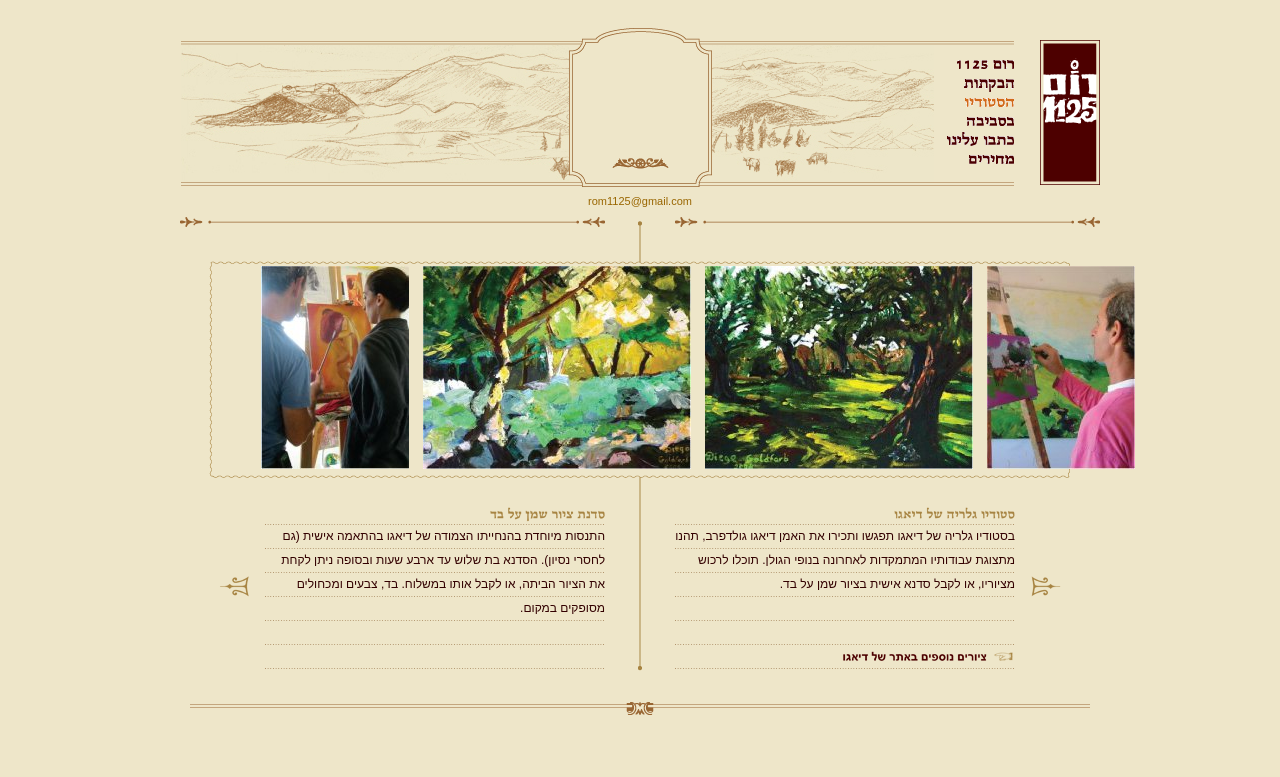
Repository: asafg/rom1125
Page: rom1125/WebContent/studio.html
An editor plug-in stored every save of this project. The page is shown before and after the next save, followed by the edit.
The browser window is 1280 px wide. The pictures show the whole page.

Above is the page before, as saved 2010-06-11 10:59:46.

### rom1125/WebContent/studio.html
<!DOCTYPE html PUBLIC "-//W3C//DTD XHTML 1.1//EN" "http://www.w3.org/TR/xhtml11/DTD/xhtml11.dtd">
<html xmlns="http://www.w3.org/1999/xhtml">

<head>
  <meta http-equiv="Content-Type" content="text/html; charset=utf-8"/>
  <title>רום 1125 - הסטודיו</title>
  <link rel="stylesheet" href="css/common.css" type="text/css" media="screen"/>
  <link rel="stylesheet" href="css/studio.css" type="text/css" media="screen"/>
  <script src="js/img_gal_cc_compressed.js" type="text/javascript"></script>
</head>
<body>
<div id="main">
<!-- header -->
<div id="header">
<img id="logo" src="images/logo.png"/>
<div id="header_without_logo"><!-- The part of the header left of the logo -->
<div id="header_top"><img src="images/header_top.png"/></div>
<div id="toolbar_buttons">
<a id="home_link" href="index.html"><img src="images/blank.gif"/></a>
<a id="huts_link" href="huts.html"><img src="images/blank.gif"/></a>
<img src="images/studio_hl.gif"/>
<a id="env_link" href="env.html"><img src="images/blank.gif"/></a>
<a id="media_link" href="media.html"><img src="images/blank.gif"/></a>
<a id="prices_link" href="prices.html"><img src="images/blank.gif"/></a>
</div><!-- toolbar_buttons -->
<div class="header_image"><img src="images/header_right.jpg"/></div>
<div class="header_image"><img src="images/header_middle.png"/></div>
<div class="header_image"><img src="images/header_left.jpg"/></div>
<div id="header_bottom"><img id="header_bottom_image" src="images/header_bottom.png"/></div>
</div><!-- header_without_logo-->
<div id="email_address_div">
<a href="mailto:rom1125@gmail.com" class="email_address">rom1125@gmail.com</a>
</div><!-- email_address_div -->
</div><!-- header -->
<!-- now for the separators -->
<div id="right_part">
<img src="images/top_horiz_sep.png" class="sep_image"/>
</div><!-- right -->
<div id="top_vert_sep">
<img src="images/top_ball.png" class="sep_image"/>
<div id="top_vert_bar"></div>
</div><!-- top_vert_sep -->
<div id="left_part">
<img src="images/top_horiz_sep.png" class="sep_image"/>
</div><!-- left -->
<div id="frame">
	<img class="first_photo" src="images/photos/studio1.jpg"/>
	<img src="images/photos/studio2.jpg"/>
	<img src="images/photos/studio3.jpg"/>
	<img src="images/photos/studio4.jpg"/>
</div><!-- frame -->
<div id="bottom_right_part">
<div id="right_studio_orn">
<img src="images/right_studio_orn.png"/>
</div><!-- right_studio_orn -->
<div id="right_page_text">
<img class="title" src="images/studio_title1.png"/><br/>
<div class="page_text">
בסטודיו גלריה של דיאגו תפגשו ותכירו את האמן דיאגו גולדפרב,
תהנו מתצוגת עבודותיו המתמקדות לאחרונה בנופי הגולן.
תוכלו לרכוש מציוריו, או לקבל סדנא אישית בציור שמן על בד.
<br/>
<br/>
<br/>
<div id="studio_ext_link">
<a href="http://www.yessy.com/DiegoGoldfarb/"><img class="left_arrow_small" src="images/blank.gif"/><img id="studio_link_image" src="images/blank.gif"/></a>
</div><!-- studio_link -->
</div><!-- page_text -->
</div><!-- right_page_text -->
</div><!-- bottom_right_part -->
<div id="bottom_vert_sep">
<div id="bottom_vert_bar"></div>
<img src="images/bottom_ball.png" class="sep_image"/>
</div><!-- bottom_vert_sep -->
<div id="bottom_left_part">
<div id="left_page_text">
<img class="title" src="images/studio_title2.png"/><br/>
<div class="page_text">
התנסות מיוחדת בהנחייתו הצמודה של דיאגו בהתאמה אישית
(גם לחסרי נסיון). הסדנא בת שלוש עד ארבע שעות ובסופה ניתן לקחת את
הציור הביתה, או לקבל אותו במשלוח. בד, צבעים ומכחולים מסופקים במקום.
<br/>
<br/>
<br/>
<br/>
</div><!--  page text -->
</div><!-- left_page_text -->
<div id="left_studio_orn">
<img src="images/left_studio_orn.png"/>
</div><!-- left_studio_orn -->
</div>
<div id="footer">
<img src="images/footer_sep.png" class="sep_image"/>
</div><!-- footer -->
</div><!-- main -->
</body>
</html>

### rom1125/WebContent/css/common.css
body
{
	background-color: #EEE6C9;
	margin: 0px;
	padding: 0px;
}

#main
{
	width: 1000px;
	height: 750px;
	direction: rtl;
	margin-left: auto;
   	margin-right: auto;
}

/* beginning of header definitions */

#header
{
	margin-top: 27px;
}

#logo
{
	width: 60px;
	margin-top: 13px;
	margin-right: 40px;
	float: right;
}

#header_without_logo
{
	margin-right: 26px;
	margin-top: 1px;
	padding: 0px;
	width: 834px;
	float: right;
}

#header_top
{
	margin: 0px;
	padding: 0px;
	height: 17px;
	float: right;
	display: block;
}

#header_bottom
{
	margin: 0px;
	padding: 0px;
	height: 5px;
	float: right;
	display: block;
}

#header_bottom_image
{
	margin: 0px;
	padding: 0px;
	vertical-align: top;
}

.header_image
{
	margin: 0px;
	padding: 0px;
	height: 137px;
	float: right;
	display: block;
}

#toolbar_buttons
{
	margin-top: 11px;
	margin-left: 13px;
	float: right;
}

#toolbar_buttons img
{
	margin: 0px 0px 2px 0px; width: 67px; height: 17px; padding: 0px; display: block; border-width: 0px;
}

/*toolbar buttons images are set as background images in order to allow rollover effect using css (no javascript) */
#toolbar_buttons a#home_link   img {background: url("../images/rom.gif") top left no-repeat;}
#toolbar_buttons a#huts_link   img {background: url("../images/biktot.gif") top left no-repeat;}
#toolbar_buttons a#studio_link img {background: url("../images/studio.gif") top left no-repeat;}
#toolbar_buttons a#env_link    img {background: url("../images/sviva.gif") top left no-repeat;}
#toolbar_buttons a#media_link  img {background: url("../images/katvu.gif") top left no-repeat;}
#toolbar_buttons a#prices_link img {background: url("../images/mehirim.gif") top left no-repeat;}

#toolbar_buttons a#home_link:hover   img {background: url("../images/rom_hl.gif") top left no-repeat;}
#toolbar_buttons a#huts_link:hover   img {background: url("../images/biktot_hl.gif") top left no-repeat;}
#toolbar_buttons a#studio_link:hover img {background: url("../images/studio_hl.gif") top left no-repeat;}
#toolbar_buttons a#env_link:hover    img {background: url("../images/sviva_hl.gif") top left no-repeat;}
#toolbar_buttons a#media_link:hover  img {background: url("../images/katvu_hl.gif") top left no-repeat;}
#toolbar_buttons a#prices_link:hover img {background: url("../images/mehirim_hl.gif") top left no-repeat;}

#email_address_div
{
	padding-top: 8px;
	margin-left: auto;
    margin-right: auto;
	font-family: arial, sans-serif;
	font-size: 11px;
	display: block;
	text-align: center;
	clear: both;
}

a.email_address:link, a.email_address:active, a.email_address:focus, a.email_address:visited
{
	color: #996600;
	text-decoration: none;
}

a.email_address:hover
{
	color: #CC6600;
	text-decoration: none;
}

/* end of header definitions */

#right_part
{
	width: 425px;
	margin-top: 10px;
	margin-right: 40px;
	float: right;
}

#vert_sep
{
	float: right;
	margin: 14px 33px 0px 33px;
	padding: 0px;
}

#vert_bar
{
	width: 2px;
	height: 440px;
	margin: 0 1px 0 1px;
	background-color: #cbb787;
}

#left_part
{
	width: 425px;
	margin-top: 10px;
	margin-left: 0px;
	float: right;
}

.sep_image
{
	padding: 0;
	display: block;
}

#footer
{
	margin: 0px 50px 0px 50px;
	float: none;
	clear: both;
}

### rom1125/WebContent/css/studio.css
#frame
{
	background-image: url("../images/studio_frame.png");
	background-repeat: no-repeat;
	height: 217px;
	margin: 54px 0 0 69px;
	padding: 0;
}

#frame img
{
	/*float: right;*/
	margin: 5px 5px 0;
}

img.first_photo
{
	margin-right: 76px;
}

#prices_wide_photo
{
	margin: 6px 76px;
}

#bottom_right_part
{
	width: 425px;
	height: 125px;
	margin-top: 10px;
	margin-right: 40px;
	float: right;
}

#top_vert_sep
{
	margin: 14px 33px 0px 33px;
	float: right;
}

#top_vert_bar, #bottom_vert_bar
{
	width: 2px;
	margin: 0 1px 0 1px;
	background-color: #cbb787;
}

#top_vert_bar
{
	height: 35px;
}

#bottom_vert_bar
{
	height: 188px;
}

#bottom_vert_sep
{
	margin: 0px 33px 0 33px;
	float: right;
}

#bottom_left_part
{
	width: 425px;
	margin-top: 10px;
	margin-left: 0px;
	float: right;
}

#right_page_text, #left_page_text
{
	float: right;
	margin-top: 16px;
}

.asterisk_text
{
	color: #b09d67;
}

#right_page_text
{
	margin-right: 16px;
}

.page_text
{
	background-image: url("../images/dashed_line.png");
	background-repeat:repeat-y;
	color: #330000;
	float: right;
	font-family: arial;
	font-size: 12px;
	height: 150px;
	line-height: 200%;
	margin: 2px 0 0 0;
	width: 340px;
}

#studio_ext_link
{
	margin: 1px 2px 0 0;
}

.left_arrow_small
{
	background-image: url("../images/left_arrow_small.png");
	border: 0;
	height: 9px;
	margin: 0 0 0 7px;
	width: 19px;
}

a:hover img.left_arrow_small
{
	background-image: url("../images/left_arrow_small_hl.png");
}

#studio_link_image
{
	background-image: url("../images/studio_link.png");
	border: 0;
	height: 10px;
	width: 144px;
}

a:hover #studio_link_image
{
	background-image: url("../images/studio_link_hl.png");
}

#right_studio_orn
{
	display: block;
	float: right;
	margin: 88px 39px 0 0;
	padding: 0;
	width: 30px;
	height: 21px;
}

#left_studio_orn
{
	display: block;
	float: right;
	margin: 88px 16px 0 0;
	padding: 0;
	width: 30px;
	height: 21px;
}

img.title
{
	margin: 3px 0 0 0;
	vertical-align: top;
}

#footer
{
	padding-top: 28px;
}

.text_column
{
	background-image: url("../images/dashed_line.png");
	background-repeat: repeat-y;
	float: right;
	width: 205px;
	height: 409px;
	border: 0px solid black;
}

#columns_spacer
{
	float: right;
	width: 16px;
	height: 409px;
	border: 0px solid green;
}

/* image gallery */
#photo_frame
{
	position: relative;
	margin-top: 34px;
	width: 425px;
	height: 313px;
	overflow: hidden;
}

#photo_frame img
{
	padding: 6px 6px 0px 0px;
}

#photo_frame_overlay
{
	position:absolute; top:0; left:0; width: 100%; height: 100%; z-index:998;
	background: url("../images/frame_big.png") no-repeat center;
}

/* hide the slide show of the second hut */
#thumbnails_panel2, #slideshow2
{
	display: none;
}

#thumbnails_panel1, #thumbnails_panel2
{
	margin-top: 11px;
	width: 354px;
}

#upper_gallery_strip1, #upper_gallery_strip2
{
	margin: 12px 60px 7px 0px;
	float: right;
}

#lower_gallery_strip1, #lower_gallery_strip2
{
	margin: 6px 60px 0px 0px;
	float: right;
}

#thumbnails_toolbar1, #thumbnails_toolbar2
{
	margin-right: 35px;
	width: 354px;
}

#right_arrow1, #right_arrow2
{
	width: 24px;
	height: 11px;
	margin: 24px 0px 0px 3px;
	vertical-align: middle;
	clear: both;
	float: right;
	display: block;
	border: 0px;
}

img.right_arrow
{
	background: url("../images/right_arrow.gif") top left no-repeat;
}

img.right_arrow:hover
{
	background: url("../images/right_arrow_hl.gif") top left no-repeat;
}

img.right_arrow_disabled
{
	background: url("../images/right_arrow_da.png") top left no-repeat;
}

#left_arrow1, #left_arrow2
{
	width: 24px;
	height: 11px;
	margin: 24px 3px 0px 0px;
	float: right;
	border: 0px;
}

img.left_arrow
{
	background: url("../images/left_arrow.gif") top left no-repeat;
}

img.left_arrow:hover
{
	background: url("../images/left_arrow_hl.gif") top left no-repeat;
}

img.left_arrow_disabled
{
	background: url("../images/left_arrow_da.png") top left no-repeat;
}

#thumbnails1, #thumbnails2
{
	position: relative;
	width: 300px;
	height: 54px;
	float: right;
	overflow: hidden;
}

#thumbnails_wrapper1, #thumbnails_wrapper2
{
	position: absolute;
	width: 420px;
	height: 54px;
	/*float: right;*/
}

.thumbnail
{
	background: url("../images/frame_small.png") no-repeat center;
	margin-left: 3px;
	margin-right: 3px;
	width: 54px;
	height: 54px;
	float: right;
}

div.thumbnail:hover
{
	background: url("../images/frame_small_hl.png") no-repeat center;
	margin-left: 3px;
	margin-right: 3px;
	width: 54px;
	height: 54px;
	float: right;
}

img.thumbnail
{
	margin: 4px 4px auto;
	width: 46px;
	height: 46px;
	border: 1px black;
}
/* end of image gallery */

Loaded but not shown: rom1125/WebContent/js/img_gal_cc_compressed.js (library)

After the next save:
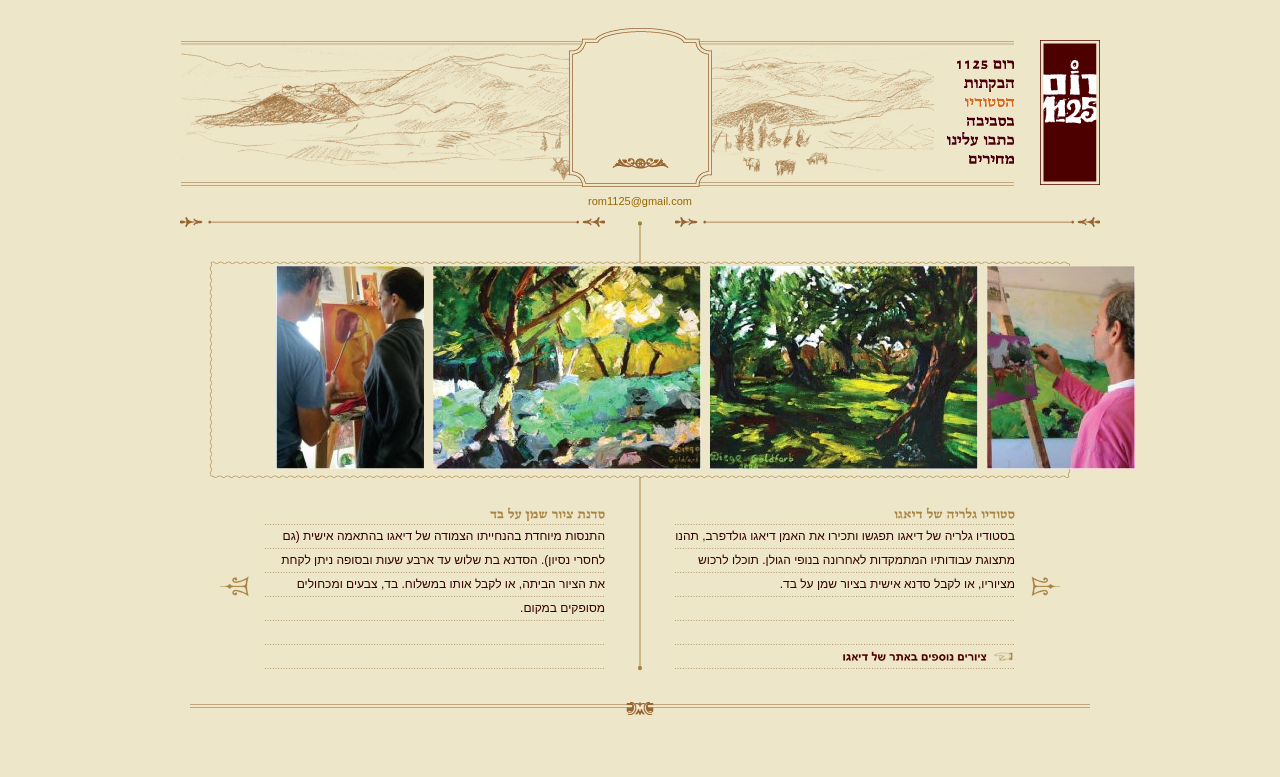
Saved 9 s later.
--- a/rom1125/WebContent/css/studio.css
+++ b/rom1125/WebContent/css/studio.css
@@ -10,7 +10,7 @@
 #frame img
 {
 	/*float: right;*/
-	margin: 5px 5px 0;
+	margin: 5px 5px 0 0;
 }
 
 img.first_photo
